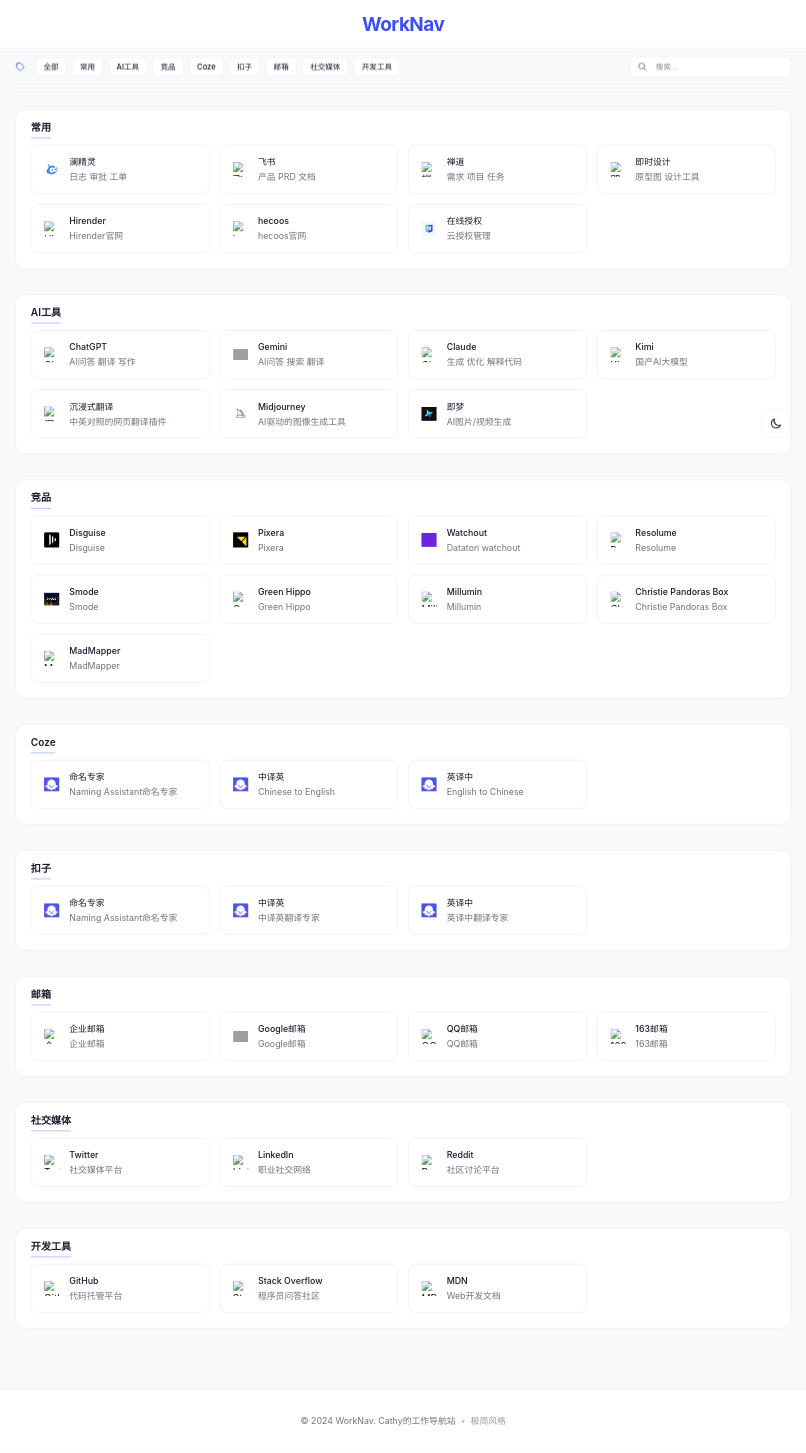
Repository: SweetPomelo0/WorkNav
Page: /
These files come from the project's save history. The page is drawn as it stood at one moment and after the next save; the edit follows.
The browser window is 1280 px wide. The pictures show the whole page, at 63% of full size.
Pictures or frames that could not be fetched are drawn as grey boxes. The project was rebuilt for these pictures with package versions that can differ from the ones it lists, and the page was loaded fresh each time. The framework's server and built-in components were replaced by stand-ins that run in the browser. Also part of the build but not shown: next.config.ts.

Above is the page before, as saved 2025-07-26 23:35:49.

After the next save:
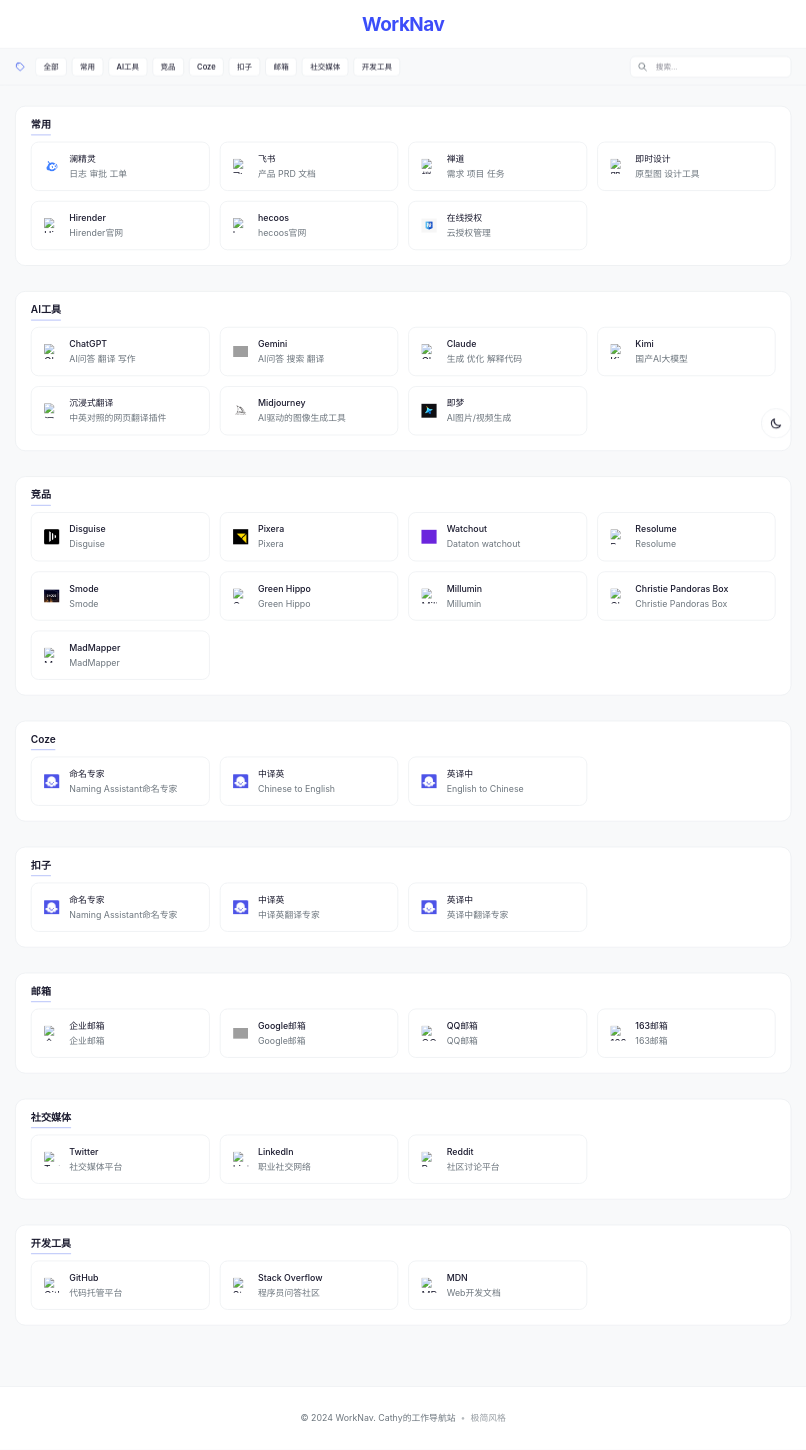
Saved 17 s later.
--- a/src/app/page.tsx
+++ b/src/app/page.tsx
@@ -367,9 +367,6 @@
             </div>
           </div>
         </div>
-        <div className="max-w-7xl mx-auto px-6">
-          <div className="border-b border-solid w-full mt-1" style={{ borderColor: 'var(--card-border)' }}></div>
-        </div>
       </div>
 
       {/* Main Content */}
